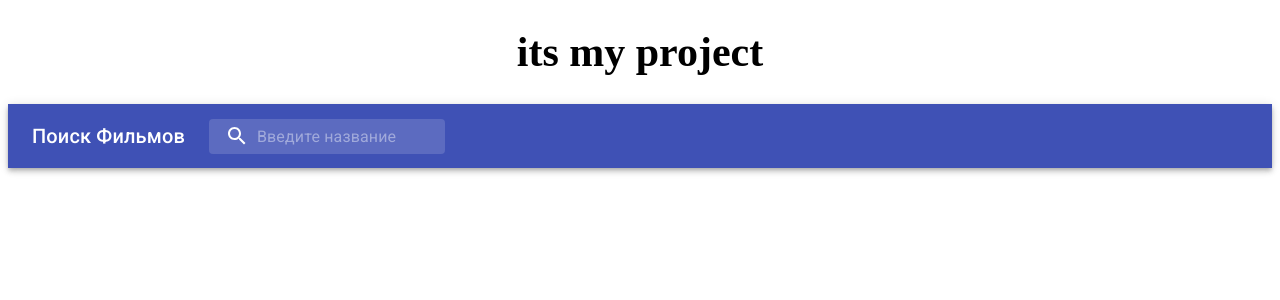
Repository: Hansol46/Films-archive
Page: /
An editor plug-in stored every save of this project. The page is shown before and after the next save, followed by the edit.
The browser window is 1280 px wide. The pictures show the whole page.
The page's requests for data from a server got no answer. The project was rebuilt for these pictures with package versions that can differ from the ones it lists, and the page was loaded fresh each time. No one was signed in, and anything a server would have sent is missing. Also part of the build but not shown: webpack.config.js.

Above is the page before, as saved 2020-09-25 12:16:37.

After the next save:
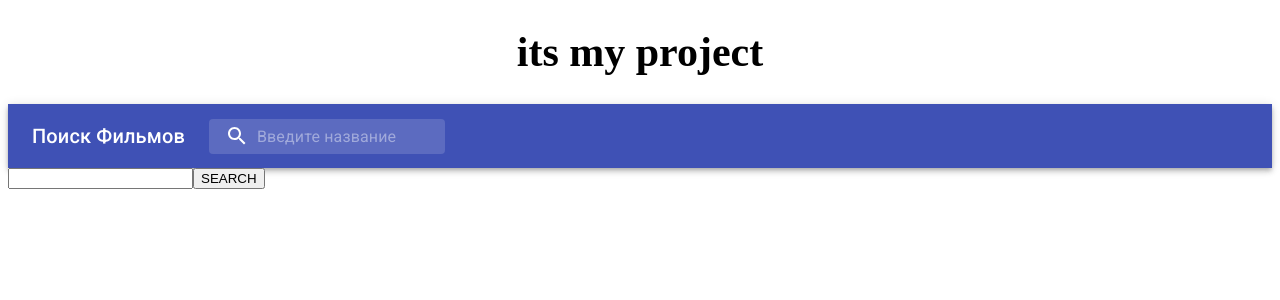
Saved 9 min 7 s later.
--- a/src/components/Search.js
+++ b/src/components/Search.js
@@ -1,26 +1,36 @@
 import React, { useEffect, useState } from 'react'
 
-function Search() {
+function Search(props) {
+    // const [state, setState] = useState([]);
+    // useEffect(() => {
+    //     const APIkey = 'apikey=1151f2b7'
+    //     const APIurl = `http://www.omdbapi.com/?t=inception&${APIkey}`
+    //     fetch(APIurl)
+    //         .then(response => response.json())
+    //         .then(json => setState(json))
+    // }, [])
+    const [searchValue, setSearchValue] = useState('')
 
-    const [state, setState] = useState([]);
+    const resetInputField = () => {
+        setSearchValue('')
+    }
+    const callSearchFunction = (event) => {
+        event.preventDefault()
+        props.search(searchValue)
+        resetInputField()
+    }
 
-    useEffect(() => {
-        const APIkey = 'apikey=1151f2b7'
-        const APIurl = `http://www.omdbapi.com/?t=inception&${APIkey}`
-        fetch(APIurl)
-            .then(response => response.json())
-            .then(json => setState(json))
-    }, [])
 
 
     return(
-        <div>
-            {state.Title}
-            <br></br>
-            {state.Year}
-            <br></br>
-            <img src={state.Poster}/>
-        </div>
+        <form>
+            <input
+            value={searchValue}
+            onChange={event => setSearchValue(event.target.value)}
+            type='text'
+            />
+            <input onClick={callSearchFunction} type='submit' value='SEARCH' />
+        </form>
 
     )
 
